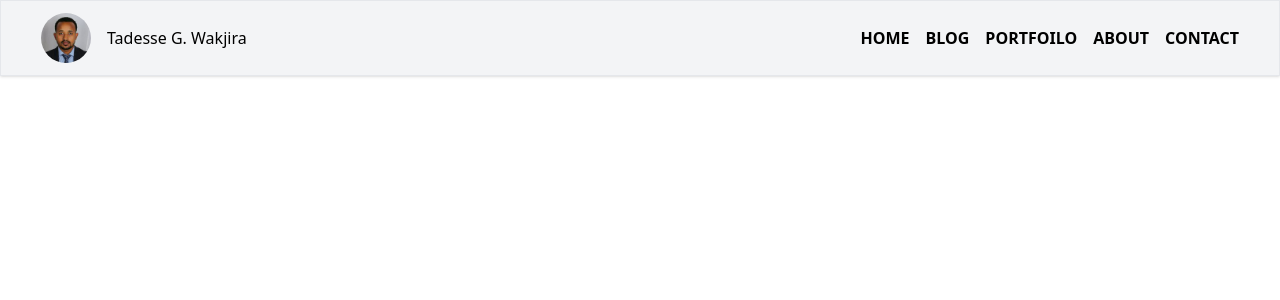
Repository: Elias-Kibret/Tade-portfoilo
Page: /
These files come from the project's save history. The page is drawn as it stood at one moment and after the next save; the edit follows.
The browser window is 1280 px wide. The pictures show the whole page.
The project was rebuilt for these pictures with package versions that can differ from the ones it lists, and the page was loaded fresh each time. The framework's server and built-in components were replaced by stand-ins that run in the browser. Also part of the build but not shown: next.config.js.

Above is the page before, as saved 2022-06-27 01:00:04.

### pages/index.tsx
import type { NextPage } from 'next'
import Head from 'next/head'
import Image from 'next/image'
import Header from '../components/Header'
const Home: NextPage = () => {
  return (
    <div>
      <Head>
        <title>Create Next App</title>
        <link rel="icon" href="/favicon.ico" />
      </Head>
      <Header/>
    </div>
  )
}

export default Home

### components/Header.tsx
import Head from "next/head"
import Link from "next/link"
import Image from "next/image"
import Logo from '../public/Img/Tadesse.jpg'
const Header = () => {
  return (
<header className="bg-gray-100 px-10 py-3 shadow border border-b border-gray-200">
   <div className="flex justify-between items-center">
      <div className="flex items-center space-x-4">

       <Image className="rounded-full" src={Logo} alt="Taddes" width={50} height={50} />

        <span>Tadesse G. Wakjira</span>
      </div>
      <div>
        <nav className="flex list-none space-x-4 font-bold hidden-flex md:bock">
            <li >
                <Link href="">
                    <a> HOME</a>
                </Link>
            </li>
            <li>
                <Link href="">
                    <a> BLOG</a>
                </Link>
            </li>
            <li>
                <Link href="">
                    <a> PORTFOILO</a>
                </Link>
            </li>
            <li>
                <Link href="">
                    <a> ABOUT</a>
                </Link>
            </li>
            <li>
                <Link href="">
                    <a> CONTACT</a>
                </Link>
            </li>
        </nav>
      </div>
    </div>
</header>
  )
}

export default Header

Loaded but not shown: pages/_app.tsx (common file); styles/globals.css (common file); tailwind.config.js (common file)

After the next save:
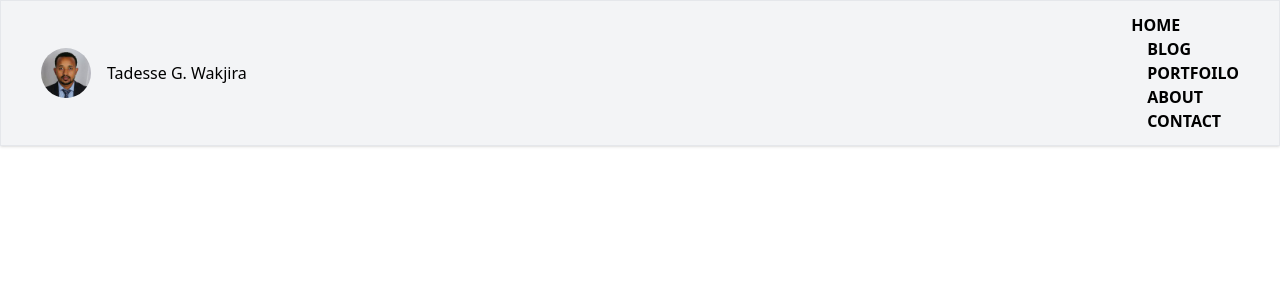
Saved 6 s later.
--- a/components/Header.tsx
+++ b/components/Header.tsx
@@ -13,7 +13,7 @@
         <span>Tadesse G. Wakjira</span>
       </div>
       <div>
-        <nav className="flex list-none space-x-4 font-bold hidden-flex md:bock">
+        <nav className="flex list-none space-x-4 font-bold hidden-flex md:block">
             <li >
                 <Link href="">
                     <a> HOME</a>

After the save that followed:
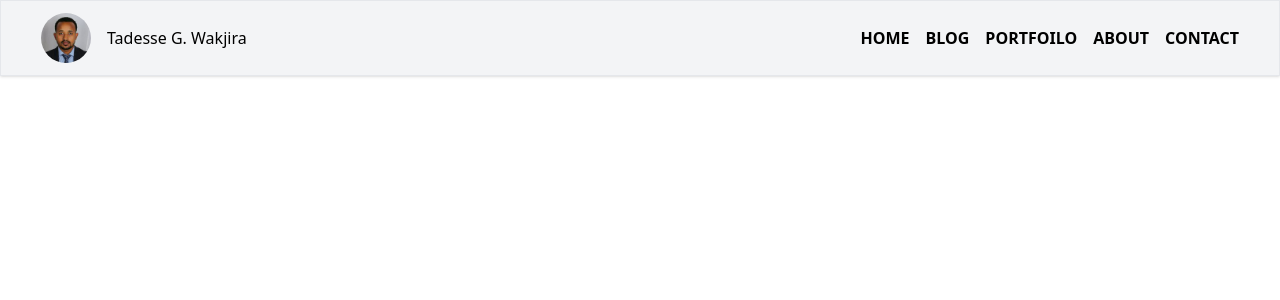
Saved 13 s later.
--- a/components/Header.tsx
+++ b/components/Header.tsx
@@ -13,7 +13,7 @@
         <span>Tadesse G. Wakjira</span>
       </div>
       <div>
-        <nav className="flex list-none space-x-4 font-bold hidden-flex md:block">
+        <nav className="flex list-none space-x-4 font-bold hidden-flex md:inline-flex">
             <li >
                 <Link href="">
                     <a> HOME</a>
